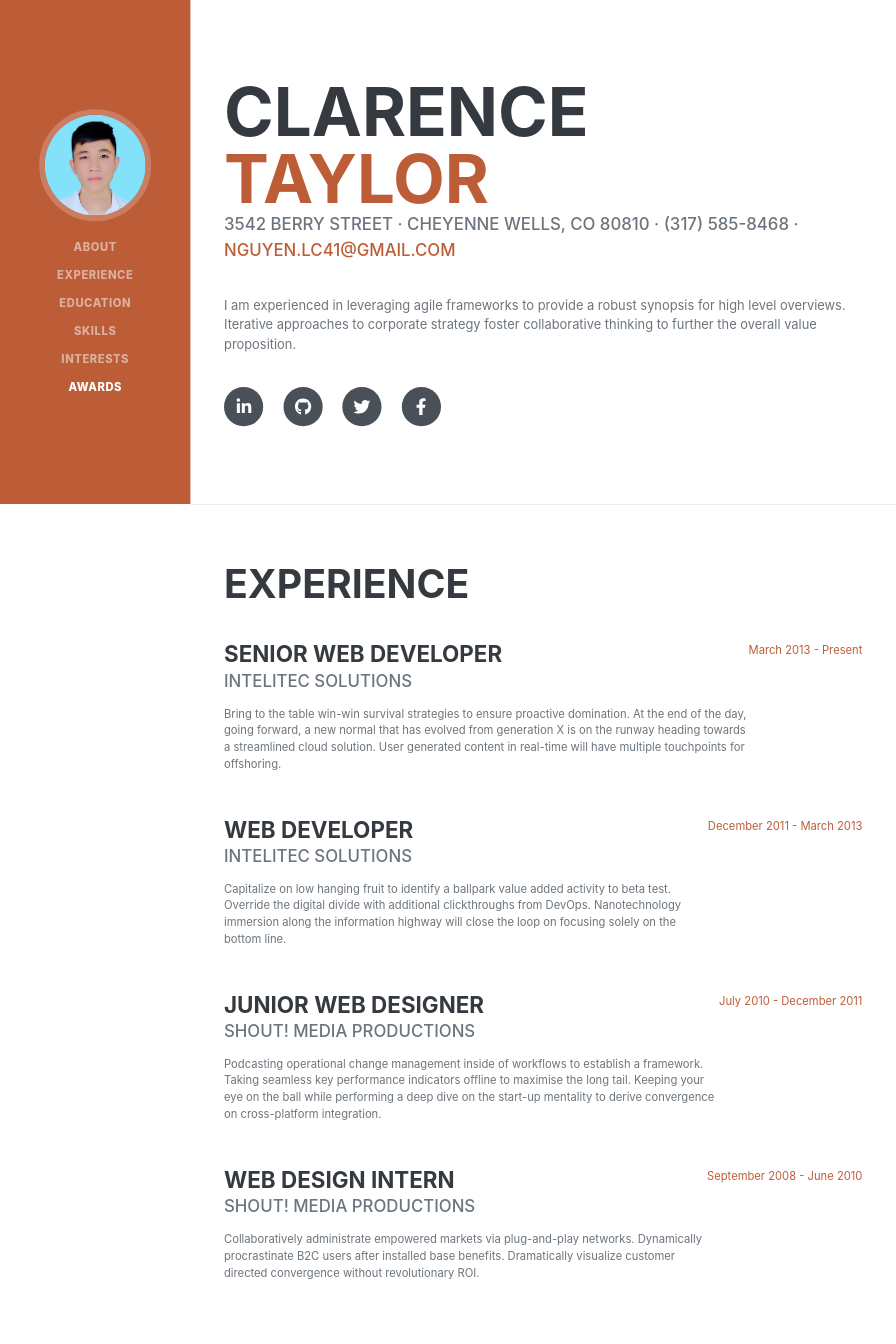
Repository: nguyenlcc/Online-CV
Page: index.html
These files come from the project's save history. The page is drawn as it stood at one moment and after the next save; the edit follows.
The browser window is 1280 px wide. The pictures show the part of the page from y = 0 to 1920 px (the page is 4810 px tall), at 70% of full size.
Some web fonts or font styles are not loaded; a fallback is used. Some web libraries are served in a nearby version.

Above is the page before, as saved 2022-05-21 16:44:29.

After the next save:
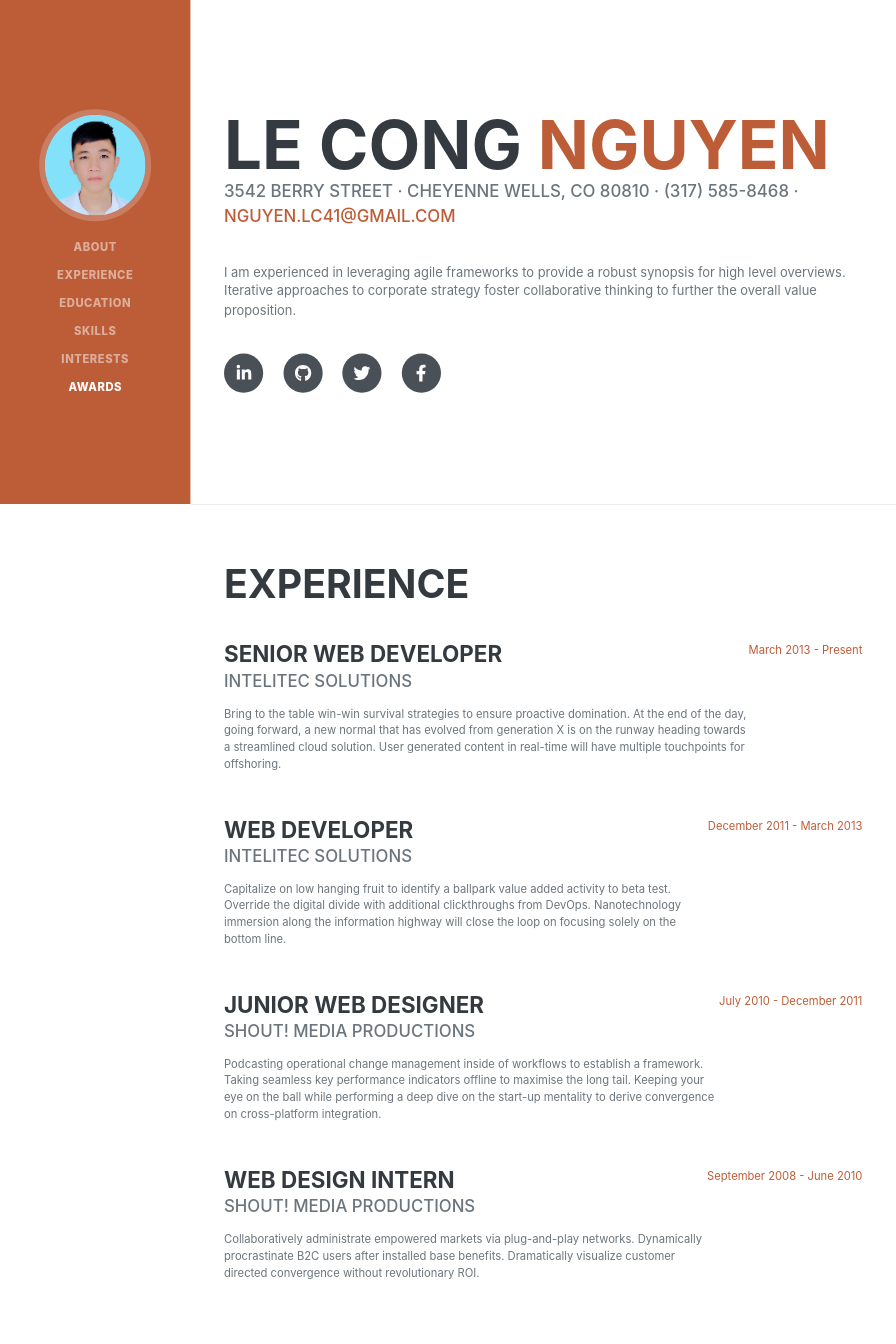
Saved 46 s later.
--- a/index.html
+++ b/index.html
@@ -90,8 +90,8 @@
       <section class="resume-section" id="about">
         <div class="resume-section-content">
           <h1 class="mb-0">
-            Clarence
-            <span class="text-primary">Taylor</span>
+            LE CONG
+            <span class="text-primary">NGUYEN</span>
           </h1>
           <div class="subheading mb-5">
             3542 Berry Street · Cheyenne Wells, CO 80810 · (317) 585-8468 ·
